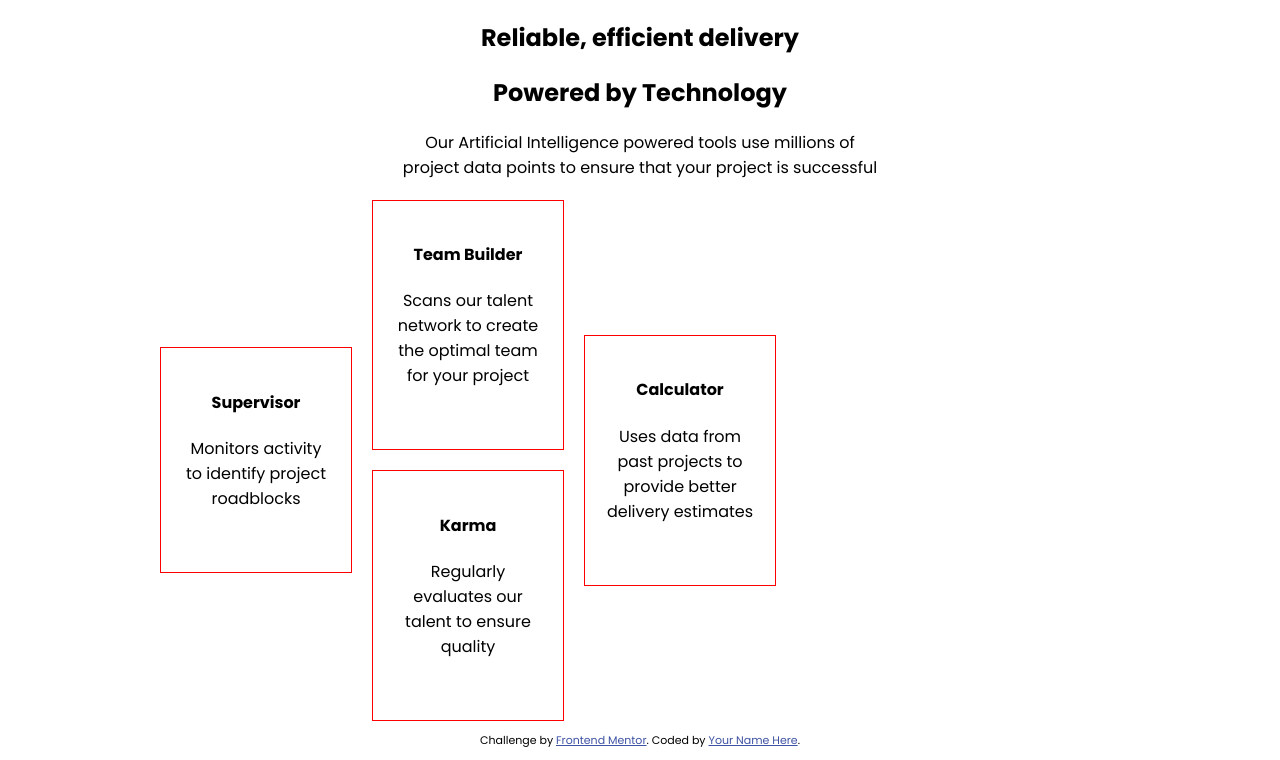
Repository: BuduCE/four-card-feature-section-master
Page: index.html
An editor plug-in stored every save of this project. The page is shown before and after the next save, followed by the edit.
The browser window is 1280 px wide. The pictures show the whole page.

Above is the page before, as saved 2023-06-01 22:18:57.

### index.html
<!DOCTYPE html>
<html lang="en">
<head>
  <meta charset="UTF-8">
  <meta name="viewport" content="width=device-width, initial-scale=1.0"> <!-- displays site properly based on user's device -->

  <link rel="icon" type="image/png" sizes="32x32" href="./images/favicon-32x32.png">

  <title>Frontend Mentor | Four card feature section</title>

  <link rel="stylesheet" href="styles.css">
  <!-- Gogle font family -->
  <link rel="preconnect" href="https://fonts.googleapis.com">
  <link rel="preconnect" href="https://fonts.gstatic.com" crossorigin>
  <link
    href="https://fonts.googleapis.com/css2?family=Montserrat:ital,wght@0,200;0,300;0,400;0,500;0,600;0,700;0,800;0,900;1,200;1,300;1,400;1,500;1,600;1,700;1,800;1,900&family=Poppins:wght@100;200;300;400;500;700;900&display=swap"
    rel="stylesheet">
</head>
<body>
  <h2>Reliable, efficient delivery</h2>
  <h2>Powered by Technology</h2>

  <p class="header_detail">Our Artificial Intelligence powered tools use millions of project data points
  to ensure that your project is successful</p>

  <div class="product_card">
    <div class="card_containers">
      <div class="card">
        <h4>Supervisor</h4>
        <p>Monitors activity to identify project roadblocks</p>
        <img src="" alt="">
      </div>
    </div>

    <div class="card_containers special">
      <div class="card">
        <h4>Team Builder</h4>
        <p>Scans our talent network to create the optimal team for your project</p>
        <img src="" alt="">
      </div>

      <div class="card">
        <h4>Karma</h4>
        <p>Regularly evaluates our talent to ensure quality</p>
        <img src="" alt="">
      </div>
    </div>

    <div class="card_containers">
      <div class="card">
        <h4>Calculator</h4>
        <p>Uses data from past projects to provide better delivery estimates</p>
        <img src="" alt="">
      </div>
    </div>
  </div>

  <footer>
    <p class="attribution">
      Challenge by <a href="https://www.frontendmentor.io?ref=challenge" target="_blank">Frontend Mentor</a>.
      Coded by <a href="#">Your Name Here</a>.
    </p>
  </footer>
</body>
</html>

### styles.css
.attribution {
    font-size: 11px;
    text-align: center;
}

.attribution a {
    color: hsl(228, 45%, 44%);
}

body {
    font-family: 'Poppins', sans-serif;
    text-align: center;
    width: 75%;
    margin: auto;
}
.header_detail{
    width: 50%;
    margin: auto;
}
.product_card{
    /* display: grid;
    grid-template-columns: 1fr 1fr 1fr; */
    display: flex;
    align-items: center;
    gap: 20px;
    margin-top: 20px;
}
.card{
    width: 150px;
    padding: 20px;
    border: 1px solid red;
}
.special{
    display: flex;
    flex-direction: column;
    gap: 20px;
}

After the next save:
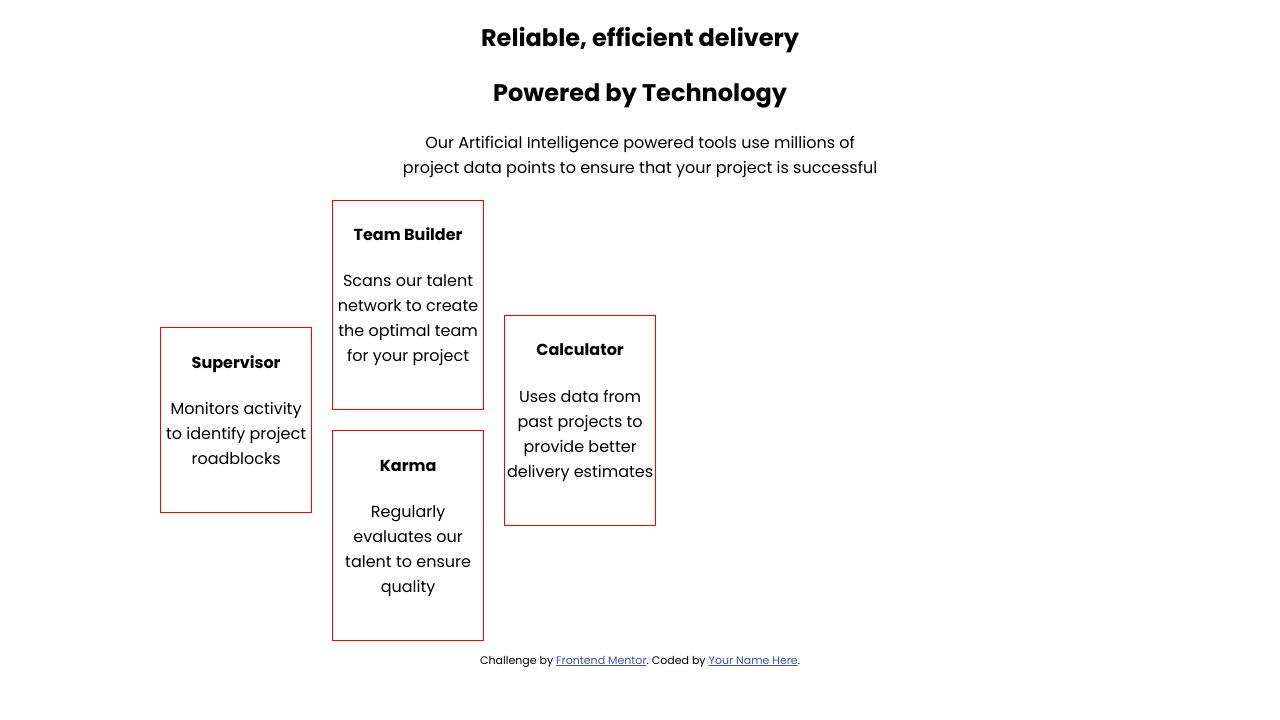
Saved 21 s later.
--- a/styles.css
+++ b/styles.css
@@ -27,6 +27,7 @@
 }
 .card{
     width: 150px;
+    mar
     padding: 20px;
     border: 1px solid red;
 }

After the save that followed:
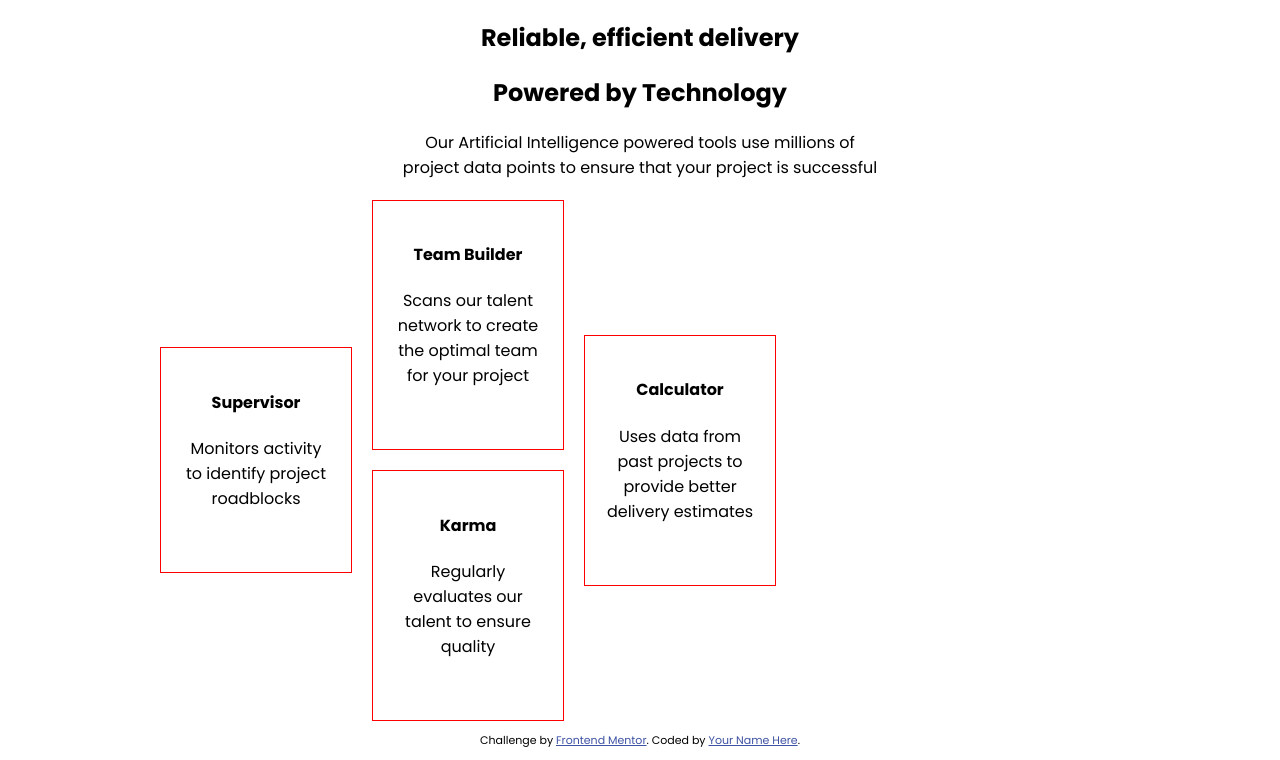
Saved 6 s later.
--- a/styles.css
+++ b/styles.css
@@ -27,7 +27,6 @@
 }
 .card{
     width: 150px;
-    mar
     padding: 20px;
     border: 1px solid red;
 }
